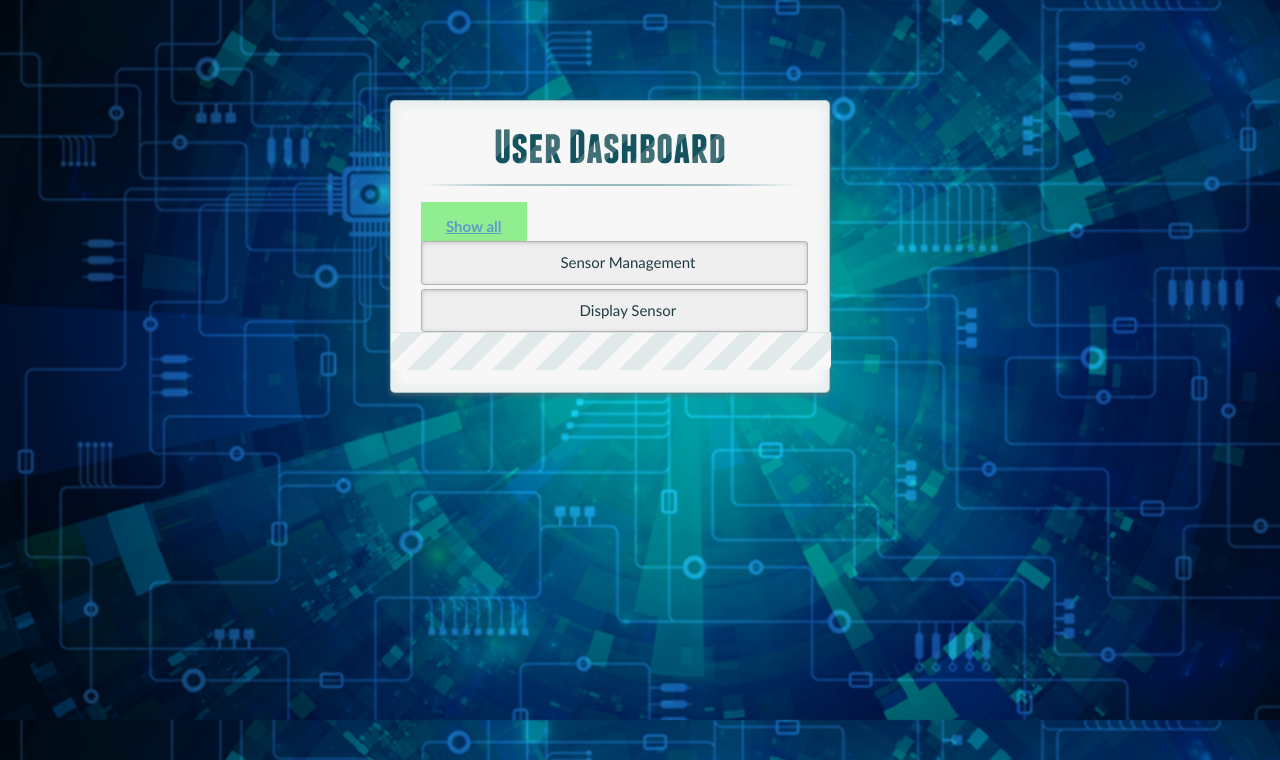
Repository: SharatNH/281mainproject
Page: sensorcloud/WebContent/menu.html
An editor plug-in stored every save of this project. The page is shown before and after the next save, followed by the edit.
The browser window is 1280 px wide. The pictures show the whole page.
Some web fonts or font styles are not loaded; a fallback is used.

Above is the page before, as saved 2016-05-17 20:31:03.

### sensorcloud/WebContent/menu.html
<!DOCTYPE html>
<html>
<head>
<meta charset="ISO-8859-1">
<title>Sensors</title>

       <!-- Bootstrap Core CSS -->
    <link rel="stylesheet" href="css/bootstrap.min.css" type="text/css">

    <!-- Custom Fonts -->
    <link href='http://fonts.googleapis.com/css?family=Open+Sans:300italic,400italic,600italic,700italic,800italic,400,300,600,700,800' rel='stylesheet' type='text/css'>
    <link href='http://fonts.googleapis.com/css?family=Merriweather:400,300,300italic,400italic,700,700italic,900,900italic' rel='stylesheet' type='text/css'>
    <link rel="stylesheet" href="font-awesome/css/font-awesome.min.css" type="text/css">
<link rel="stylesheet" href="css/creative.css" type="text/css">
        <link rel="stylesheet" type="text/css" href="css/demo.css" />
        <link rel="stylesheet" type="text/css" href="css/style.css" />
        <link rel="stylesheet" type="text/css" href="css/animate-custom.css" />
</head>
<body style="background-image:url('images/background.png');background-size: cover;">
<section>
    <div id="container_demo" >
        <div id="wrapper">
            <div id="login" class="animate form">
               <form  autocomplete="on" >
                    <h1>User Dashboard</h1>
       			<a href="sensormanagement.html"
		style="align: center; cursor: pointer; background-color: lightgreen; padding: 15px 25px;">
		<b>Show all</b>
	</a>
                    <input  type="submit" onClick="location.href='sensormanagement.html'" value="Sensor Management" class="login button" />
                    <input  type="submit"  name="display" value="Display Sensor" class="login button" />
                    <p class="change_link"></p>
                </form>
            </div>
        </div>
    </div>
</section>

</body>
<script type="text/javascript">





</script>
</html>

### sensorcloud/WebContent/css/demo.css
@font-face {
    font-family: 'BebasNeueRegular';
    src: url('fonts/BebasNeue-webfont.eot');
    src: url('fonts/BebasNeue-webfont.eot?#iefix') format('embedded-opentype'),
         url('fonts/BebasNeue-webfont.woff') format('woff'),
         url('fonts/BebasNeue-webfont.ttf') format('truetype'),
         url('fonts/BebasNeue-webfont.svg#BebasNeueRegular') format('svg');
    font-weight: normal;
    font-style: normal;
}
/* CSS reset */
body,div,dl,dt,dd,ul,ol,li,h1,h2,h3,h4,h5,h6,pre,form,fieldset,input,textarea,p,blockquote,th,td {
	margin:0;
	padding:0;
}
html,body {
	margin:0;
	padding:0;
	height: 100%;
}
table {
	border-collapse:collapse;
	border-spacing:0;
}
fieldset,img {
	border:0;
}
address,caption,cite,code,dfn,th,var {
	font-style:normal;
	font-weight:normal;
}
ol,ul {
	list-style:none;
}
caption,th {
	text-align:left;
}
h1,h2,h3,h4,h5,h6 {
	font-size:100%;
	font-weight:normal;
}
q:before,q:after {
	content:'';
}
abbr,acronym { border:0;
}
article, aside, details, figcaption, figure,
footer, header, hgroup, menu, nav, section {
	display: block;
}
/* General Demo Style */
body{
	font-family: Cambria, Palatino, "Palatino Linotype", "Palatino LT STD", Georgia, serif;
	background: #fff url(../images/bg.jpg) repeat top left;
	font-weight: 400;
	font-size: 15px;
	color: #1d3c41;
	overflow-y: scroll;
}
a{
	color: #333;
	text-decoration: none;
}
.container{
	width: 100%;
	height: 100%;
	position: relative;
	text-align: center;
}
.clr{
	clear: both;
}
.container > header{
	padding: 20px 30px 10px 30px;
	margin: 0px 20px 10px 20px;
	position: relative;
	display: block;
	text-shadow: 1px 1px 1px rgba(0,0,0,0.2);
    text-align: center;
}
.container > header h1{
	font-family: 'BebasNeueRegular', 'Arial Narrow', Arial, sans-serif;
	font-size: 35px;
	line-height: 35px;
	position: relative;
	font-weight: 400;
	color: rgba(26,89,120,0.9);
	text-shadow: 1px 1px 1px rgba(0,0,0,0.1);
    padding: 0px 0px 5px 0px;
}
.container > header h1 span{
	color: #7cbcd6;
	text-shadow: 0px 1px 1px rgba(255,255,255,0.8);
}
.container > header h2{
	font-size: 16px;
	font-style: italic;
	color: #2d6277;
	text-shadow: 0px 1px 1px rgba(255,255,255,0.8);
}
/* Header Style */
.codrops-top{
	line-height: 24px;
	font-size: 11px;
	background: rgba(255, 255, 255, 0.4);
	text-transform: uppercase;
	z-index: 9999;
	position: relative;
	box-shadow: 1px 0px 2px rgba(0,0,0,0.2);
}
.codrops-top a{
	padding: 0px 10px;
	letter-spacing: 1px;
	color: #333;
	text-shadow: 0px 1px 1px #fff;
	display: block;
	float: left;
}
.codrops-top a:hover{
	background: #fff;
}
.codrops-top span.right{
	float: right;
}
.codrops-top span.right a{
	float: left;
	display: block;
}

.codrops-demos{
	text-align:center;
	display: block;
	padding: 14px;
}
.codrops-demos span{
	display: inline-block;
	padding-right: 15px;
	text-shadow: 1px 1px 1px rgba(255, 255, 255, 0.8);
}
.codrops-demos a,
.codrops-demos a.current-demo,
.codrops-demos a.current-demo:hover{
    display: inline-block;
	font-style: italic;
	font-size: 12px;
	padding: 3px 5px;
	margin: 0px 3px;
	font-weight: 800;
	box-shadow: 1px 1px 1px rgba(0,0,0,0.05) inset;
	color: #fff;
	text-shadow: 1px 1px 1px rgba(0,0,0,0.1);
	background: rgba(104,171,194,0.5);
}
.codrops-demos a:hover{
	background: #4fa2c4;
}
.codrops-demos a.current-demo,
.codrops-demos a.current-demo:hover{
	color: rgba(104,171,194,1);
	background: rgba(255,255,255,0.9);
	box-shadow: 0px 1px 1px rgba(0,0,0,0.1);
}

### sensorcloud/WebContent/css/style.css
/* remove codrops styles and reset the whole thing */
#container_demo{
	 text-align: left;
	 margin: 0;
	 padding: 0;
	 margin: 0 auto;
	 font-family: "Trebuchet MS","Myriad Pro",Arial,sans-serif;
}

/** fonts used for the icons **/
@font-face {
    font-family: 'FontomasCustomRegular';
    src: url('fonts/fontomas-webfont.eot');
    src: url('fonts/fontomas-webfont.eot?#iefix') format('embedded-opentype'),
         url('fonts/fontomas-webfont.woff') format('woff'),
         url('fonts/fontomas-webfont.ttf') format('truetype'),
         url('fonts/fontomas-webfont.svg#FontomasCustomRegular') format('svg');
    font-weight: normal;
    font-style: normal;
}
@font-face {
    font-family: 'FranchiseRegular';
    src: url('fonts/franchise-bold-webfont.eot');
    src: url('fonts/franchise-bold-webfont.eot?#iefix') format('embedded-opentype'),
         url('fonts/franchise-bold-webfont.woff') format('woff'),
         url('fonts/franchise-bold-webfont.ttf') format('truetype'),
         url('fonts/franchise-bold-webfont.svg#FranchiseRegular') format('svg');
    font-weight: normal;
    font-style: normal;

}
a.hiddenanchor{
	display: none;
}
/** The wrapper that will contain our two forms **/
#wrapper{
	width: 60%;
	right: 0px;
	min-height: 560px;
	margin: 0px auto;
	width: 500px;
	position: relative;
}
/**** Styling the form elements **/

/**** general text styling ****/
#wrapper a{
	color: rgb(95, 155, 198);
	text-decoration: underline;
}

#wrapper h1,h3{
	font-size: 48px;
	color: rgb(6, 106, 117);
	padding: 2px 0 10px 0;
	font-family: 'FranchiseRegular','Arial Narrow',Arial,sans-serif;
	font-weight: bold;
	text-align: center;
	padding-bottom: 30px;
}
/** For the moment only webkit supports the background-clip:text; */
#wrapper h1,h3{
    background: -webkit-repeating-linear-gradient(-45deg,
	rgb(18, 83, 93) ,
	rgb(18, 83, 93) 20px,
	rgb(64, 111, 118) 20px,
	rgb(64, 111, 118) 40px,
	rgb(18, 83, 93) 40px);
	-webkit-text-fill-color: transparent;
	-webkit-background-clip: text;
}
#wrapper h1:after{
	content: ' ';
	display: block;
	width: 100%;
	height: 2px;
	margin-top: 10px;
	background: -moz-linear-gradient(left, rgba(147,184,189,0) 0%, rgba(147,184,189,0.8) 20%, rgba(147,184,189,1) 53%, rgba(147,184,189,0.8) 79%, rgba(147,184,189,0) 100%);
	background: -webkit-gradient(linear, left top, right top, color-stop(0%,rgba(147,184,189,0)), color-stop(20%,rgba(147,184,189,0.8)), color-stop(53%,rgba(147,184,189,1)), color-stop(79%,rgba(147,184,189,0.8)), color-stop(100%,rgba(147,184,189,0)));
	background: -webkit-linear-gradient(left, rgba(147,184,189,0) 0%,rgba(147,184,189,0.8) 20%,rgba(147,184,189,1) 53%,rgba(147,184,189,0.8) 79%,rgba(147,184,189,0) 100%);
	background: -o-linear-gradient(left, rgba(147,184,189,0) 0%,rgba(147,184,189,0.8) 20%,rgba(147,184,189,1) 53%,rgba(147,184,189,0.8) 79%,rgba(147,184,189,0) 100%);
	background: -ms-linear-gradient(left, rgba(147,184,189,0) 0%,rgba(147,184,189,0.8) 20%,rgba(147,184,189,1) 53%,rgba(147,184,189,0.8) 79%,rgba(147,184,189,0) 100%);
	background: linear-gradient(left, rgba(147,184,189,0) 0%,rgba(147,184,189,0.8) 20%,rgba(147,184,189,1) 53%,rgba(147,184,189,0.8) 79%,rgba(147,184,189,0) 100%);
}

#wrapper p{
	margin-bottom:15px;
}
#wrapper p:first-child{
	margin: 0px;
}
#wrapper label{
	color: rgb(64, 92, 96);
	position: relative;
}

/**** advanced input styling ****/
/* placeholder */
::-webkit-input-placeholder  {
	color: rgb(190, 188, 188);
	font-style: italic;
}
input:-moz-placeholder,
textarea:-moz-placeholder{
	color: rgb(190, 188, 188);
	font-style: italic;
}
input {
  outline: none;
}

/* all the input except submit and checkbox */
#wrapper input:not([type="checkbox"]){
	width: 92%;
	margin-top: 4px;
	padding: 10px 5px 10px 32px;
	border: 1px solid rgb(178, 178, 178);
	-webkit-appearance: textfield;
	-webkit-box-sizing: content-box;
	  -moz-box-sizing : content-box;
	       box-sizing : content-box;
	-webkit-border-radius: 3px;
	   -moz-border-radius: 3px;
	        border-radius: 3px;
	-webkit-box-shadow: 0px 1px 4px 0px rgba(168, 168, 168, 0.6) inset;
	   -moz-box-shadow: 0px 1px 4px 0px rgba(168, 168, 168, 0.6) inset;
	        box-shadow: 0px 1px 4px 0px rgba(168, 168, 168, 0.6) inset;
	-webkit-transition: all 0.2s linear;
	   -moz-transition: all 0.2s linear;
	     -o-transition: all 0.2s linear;
	        transition: all 0.2s linear;
}
#wrapper input:not([type="checkbox"]):active,
#wrapper input:not([type="checkbox"]):focus{
	border: 1px solid rgba(91, 90, 90, 0.7);
	background: rgba(238, 236, 240, 0.2);
	-webkit-box-shadow: 0px 1px 4px 0px rgba(168, 168, 168, 0.9) inset;
	   -moz-box-shadow: 0px 1px 4px 0px rgba(168, 168, 168, 0.9) inset;
	        box-shadow: 0px 1px 4px 0px rgba(168, 168, 168, 0.9) inset;
}

/** the magic icon trick ! **/
[data-icon]:after {
    content: attr(data-icon);
    font-family: 'FontomasCustomRegular';
    color: rgb(106, 159, 171);
    position: absolute;
    left: 10px;
    top: 35px;
	width: 30px;
}

/*styling both submit buttons */
#wrapper p.button input{
	    position: relative;
    left: 250px;
	width: 30%;
	cursor: pointer;
	background: rgb(61, 157, 179);
	padding: 8px 5px;
	font-family: 'BebasNeueRegular','Arial Narrow',Arial,sans-serif;
	color: #fff;
	font-size: 24px;
	border: 1px solid rgb(28, 108, 122);
	margin-bottom: 10px;
	text-shadow: 0 1px 1px rgba(0, 0, 0, 0.5);
	-webkit-border-radius: 3px;
	   -moz-border-radius: 3px;
	        border-radius: 3px;
	-webkit-box-shadow: 0px 1px 6px 4px rgba(0, 0, 0, 0.07) inset,
	        0px 0px 0px 3px rgb(254, 254, 254),
	        0px 5px 3px 3px rgb(210, 210, 210);
	   -moz-box-shadow:0px 1px 6px 4px rgba(0, 0, 0, 0.07) inset,
	        0px 0px 0px 3px rgb(254, 254, 254),
	        0px 5px 3px 3px rgb(210, 210, 210);
	        box-shadow:0px 1px 6px 4px rgba(0, 0, 0, 0.07) inset,
	        0px 0px 0px 3px rgb(254, 254, 254),
	        0px 5px 3px 3px rgb(210, 210, 210);
	-webkit-transition: all 0.2s linear;
	   -moz-transition: all 0.2s linear;
	     -o-transition: all 0.2s linear;
	        transition: all 0.2s linear;
}
#wrapper p.button input:hover{
	background: rgb(74, 179, 198);
}
#wrapper p.button input:active,
#wrapper p.button input:focus{
	background: rgb(40, 137, 154);
	position: relative;
	top: 1px;
	border: 1px solid rgb(12, 76, 87);
	-webkit-box-shadow: 0px 1px 6px 4px rgba(0, 0, 0, 0.2) inset;
	   -moz-box-shadow: 0px 1px 6px 4px rgba(0, 0, 0, 0.2) inset;
	        box-shadow: 0px 1px 6px 4px rgba(0, 0, 0, 0.2) inset;
}
p.add.button,
p.signin.button{
	text-align: right;
	margin: 5px 0;
}




/*styling the links to change from one form to another */

p.change_link{
	position: absolute;
	color: rgb(127, 124, 124);
	left: 0px;
	height: 20px;
	width: 440px;
	padding: 17px 30px 20px 30px;
	font-size: 16px	;
	text-align: right;
	border-top: 1px solid rgb(219, 229, 232);
	-webkit-border-radius: 0 0  5px 5px;
	   -moz-border-radius: 0 0  5px 5px;
	        border-radius: 0 0  5px 5px;
	background: rgb(225, 234, 235);
	background: -moz-repeating-linear-gradient(-45deg,
	rgb(247, 247, 247) ,
	rgb(247, 247, 247) 15px,
	rgb(225, 234, 235) 15px,
	rgb(225, 234, 235) 30px,
	rgb(247, 247, 247) 30px
	);
	background: -webkit-repeating-linear-gradient(-45deg,
	rgb(247, 247, 247) ,
	rgb(247, 247, 247) 15px,
	rgb(225, 234, 235) 15px,
	rgb(225, 234, 235) 30px,
	rgb(247, 247, 247) 30px
	);
	background: -o-repeating-linear-gradient(-45deg,
	rgb(247, 247, 247) ,
	rgb(247, 247, 247) 15px,
	rgb(225, 234, 235) 15px,
	rgb(225, 234, 235) 30px,
	rgb(247, 247, 247) 30px
	);
	background: repeating-linear-gradient(-45deg,
	rgb(247, 247, 247) ,
	rgb(247, 247, 247) 15px,
	rgb(225, 234, 235) 15px,
	rgb(225, 234, 235) 30px,
	rgb(247, 247, 247) 30px
	);
}
#wrapper p.change_link a {
	display: inline-block;
	font-weight: bold;
	background: rgb(247, 248, 241);
	padding: 2px 6px;
	color: rgb(29, 162, 193);
	margin-left: 10px;
	text-decoration: none;
	-webkit-border-radius: 4px;
	-moz-border-radius: 4px;
	border-radius: 4px;
	border: 1px solid rgb(203, 213, 214);
	-webkit-transition: all 0.4s linear;
	-moz-transition: all 0.4s  linear;
	-o-transition: all 0.4s linear;
	-ms-transition: all 0.4s  linear;
	transition: all 0.4s  linear;
}
#wrapper p.change_link a:hover {
	color: rgb(57, 191, 215);
	background: rgb(247, 247, 247);
	border: 1px solid rgb(74, 179, 198);
}
#wrapper p.change_link a:active{
	position: relative;
	top: 1px;
}
/** Styling both forms **/
#register,
#login{
	position: absolute;
	top: 0px;
	width: 88%;
	padding: 18px 6% 60px 6%;
	margin: 0 0 35px 0;
	background: rgb(247, 247, 247);
	border: 1px solid rgba(147, 184, 189,0.8);
	-webkit-box-shadow: 0pt 2px 5px rgba(105, 108, 109,  0.7),	0px 0px 8px 5px rgba(208, 223, 226, 0.4) inset;
	   -moz-box-shadow: 0pt 2px 5px rgba(105, 108, 109,  0.7),	0px 0px 8px 5px rgba(208, 223, 226, 0.4) inset;
	        box-shadow: 0pt 2px 5px rgba(105, 108, 109,  0.7),	0px 0px 8px 5px rgba(208, 223, 226, 0.4) inset;
	-webkit-box-shadow: 5px;
	-moz-border-radius: 5px;
		 border-radius: 5px;
}
#register{
	z-index: 21;
	opacity: 0;
}
#login{
	z-index: 22;
}


.animate{
	-webkit-animation-duration: 0.5s;
	-webkit-animation-timing-function: ease;
	-webkit-animation-fill-mode: both;

	-moz-animation-duration: 0.5s;
	-moz-animation-timing-function: ease;
	-moz-animation-fill-mode: both;

	-o-animation-duration: 0.5s;
	-o-animation-timing-function: ease;
	-o-animation-fill-mode: both;

	-ms-animation-duration: 0.5s;
	-ms-animation-timing-function: ease;
	-ms-animation-fill-mode: both;

	animation-duration: 0.5s;
	animation-timing-function: ease;
	animation-fill-mode: both;
}

/** yerk some ugly IE fixes 'cause I know someone will ask "why does it look ugly in IE?", no matter how many warnings I will put in the article */

.lt8 #wrapper input{
	padding: 10px 5px 10px 32px;
    width: 92%;
}
.lt8 #wrapper input[type=checkbox]{
	width: 10px;
	padding: 0;
}
.lt8 #wrapper h1{
	color: #066A75;
}
.lt8 #register{
	display: none;
}
.lt8 p.change_link,
.ie9 p.change_link{
	position: absolute;
	height: 90px;
	background: transparent;
}

Loaded but not shown: sensorcloud/WebContent/css/bootstrap.min.css (library); sensorcloud/WebContent/font-awesome/css/font-awesome.min.css (library); sensorcloud/WebContent/css/creative.css (common file); sensorcloud/WebContent/css/animate-custom.css (library)

After the next save:
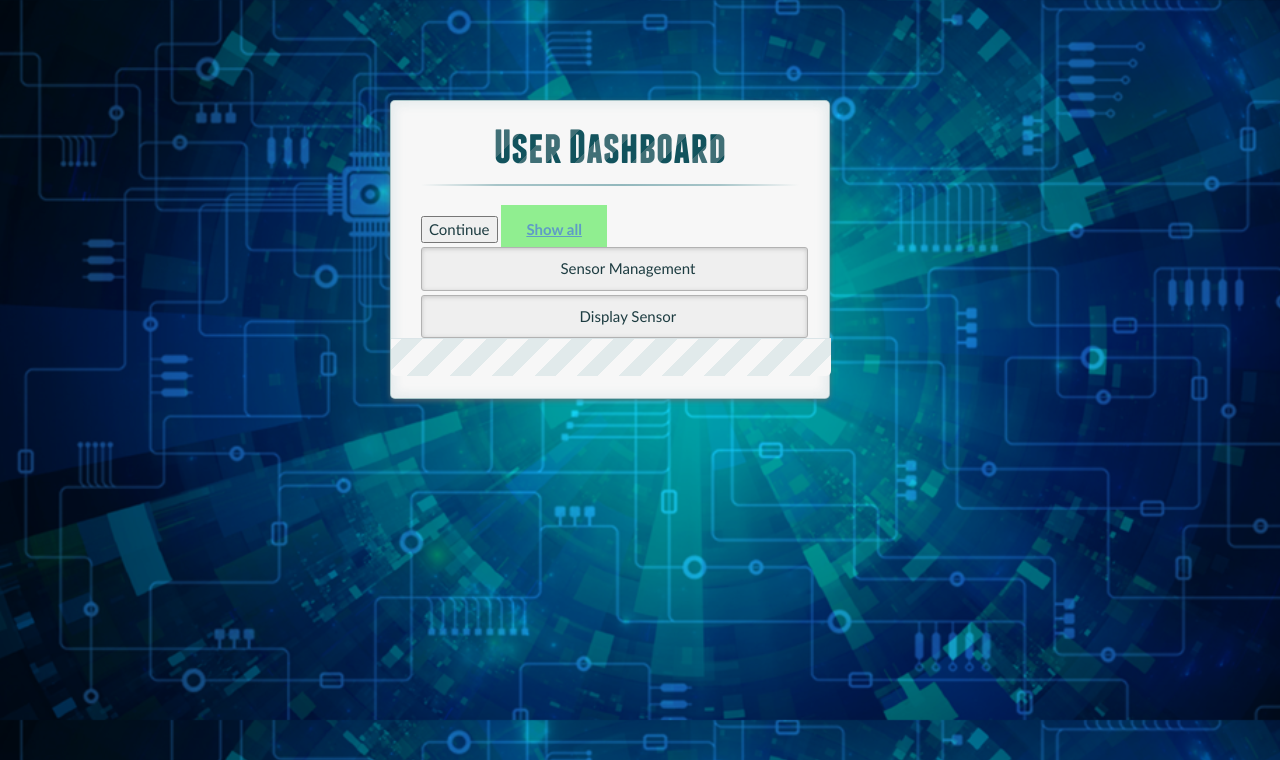
Saved 4 min 31 s later.
--- a/sensorcloud/WebContent/menu.html
+++ b/sensorcloud/WebContent/menu.html
@@ -23,6 +23,7 @@
             <div id="login" class="animate form">
                <form  autocomplete="on" >
                     <h1>User Dashboard</h1>
+                    <button onclick="window.location.href='/sensormanagement.html'">Continue</button>
        			<a href="sensormanagement.html"
 		style="align: center; cursor: pointer; background-color: lightgreen; padding: 15px 25px;">
 		<b>Show all</b>
